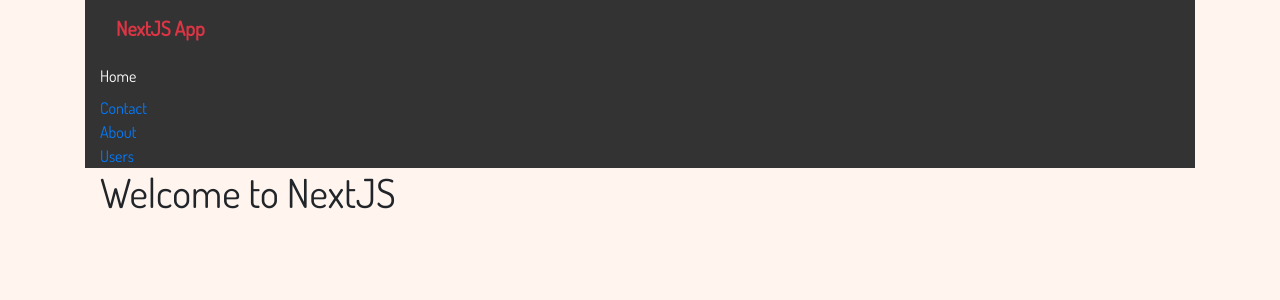
Repository: CaptainStorm21/NextJS-React16
Page: /
These files come from the project's save history. The page is drawn as it stood at one moment and after a run of saves; the edit follows.
The browser window is 1280 px wide. The pictures show the whole page.
The page's requests for data from a server got no answer. The project was rebuilt for these pictures with package versions that can differ from the ones it lists, and the page was loaded fresh each time. The framework's server and built-in components were replaced by stand-ins that run in the browser. No one was signed in, and anything a server would have sent is missing. Also part of the build but not shown: styles/main.css.

Above is the page before, as saved 2020-06-10 17:36:30.

### pages/index.js
import React, { Component } from "react";
import axios from "axios";
import MainLayout from "../components/layouts/MainLayout";
// import '../styles/main.css'
import MyStyle from '../styles/main.css';

export default class Home extends Component {
  static async getInitialProps({ pathname, query, asPath, req, res }) {
    let userData;

    try {
      const response = await axios.get(
        "http://jsonplaceholder.typicode.com/users/1"
      );
      userData = response.data;
      // console.log('getting loaded first')
      // console.log(userData)
    } catch {
      console.log("error");
    }
    // const request = axios.get('http://jsonplaceholder.typicode.com/users/1')
    //   .then(response => {
    //                             console.log(response.data)
    //                           })
    // console.log(context);

    console.log(pathname);
    console.log(res);
    console.log(req);

    return {
      user: {
        name: "Francis",
        lastName: "Medici",
      },
      userData,
    };
  }
  constructor(props) {
    super(props);
    // console.log("constructor");
    console.log(this.props.user);
    this.state = {
      user: this.props.user,
      userData: this.props.userData,
    };
  }
  render() {
    console.log(this.props.user);
    console.log(this.state);
    return (
      <>
        <MainLayout>
          <h1 className={MyStyle.superAwesome}>Welcome to NextJS</h1>
        </MainLayout>
      </>
    );
  }
}

### components/layouts/MainLayout.js
import React from "react";
import Header from "../includes/Header";
import Head from "next/head";

const mainLayout = (props) => (
  <>
    <Head>
      <title>Welcomet NextJS App</title>
      <link href="#" rel="stylesheet" />
      <link
        href="https://fonts.googleapis.com/css2?family=Dosis&display=swap"
        rel="stylesheet"
      />
      <link
        href="https://cdnjs.cloudflare.com/ajax/libs/twitter-bootstrap/4.3.1/css/bootstrap.min.css"
        rel="stylesheet"
      />
      <link href="/static/css/styles.css" rel="stylesheet" />
    </Head>
    <div className="mainLayout container">
      <Header />
      <div className="container">{props.children}</div>
    </div>
  </>
);

export default mainLayout;

### components/includes/Header.js
import React, { Component } from "react";
import Link from "next/link";

const Header = () => (
  <>
    <header>
      <div className="container">
        <nav className="navbar navbar-expand-lg navbar-light">
          <Link href="/">
            <a className="navbar-brand">NextJS App</a>
          </Link>
        </nav>

        <div className="collapase navbar-collapse">
          <div className="navbar-nav">
            <Link href="/">
              <a className = "nav-item nav-link">Home</a>
            </Link>
            <Link href="/contact">
              <a>Contact</a>
            </Link>
            <Link href="/about">
              <a>About</a>
            </Link>
            <Link href="/users">
              <a>Users</a>
            </Link>
          </div>
        </div>
      </div>
    </header>
  </>
);

export default Header;

### static/css/styles.css
.contact_static {
  color: green;
  background-color: yellow;
}

header {
  background: #333333;
}

header .navbar-brand {
  color: #dc3545 !important;
  font-weight: 900;
}

header .navbar-nav .nav-item {
  color: #ffffff !important;
}

body {
  font-family: "Dosis", sans-serif;
  background-color:  seashell;
}

After the next 2 saves:
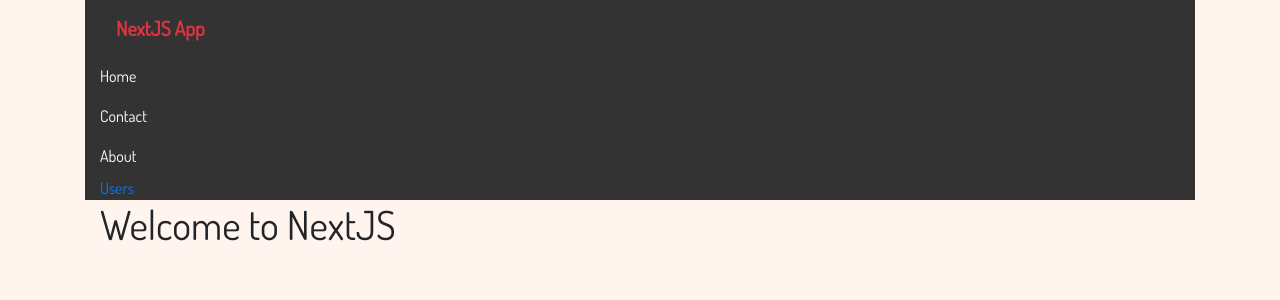
The 2 saves are shown as one change because they came seconds apart.
The last was saved 10 s later.
--- a/components/includes/Header.js
+++ b/components/includes/Header.js
@@ -14,13 +14,13 @@ const Header = () => (
         <div className="collapase navbar-collapse">
           <div className="navbar-nav">
             <Link href="/">
-              <a className = "nav-item nav-link">Home</a>
+              <a className="nav-item nav-link">Home</a>
             </Link>
             <Link href="/contact">
-              <a>Contact</a>
+              <a className="nav-item nav-link">Contact</a>
             </Link>
             <Link href="/about">
-              <a>About</a>
+              <a className="nav-item nav-link">About</a>
             </Link>
             <Link href="/users">
               <a>Users</a>
